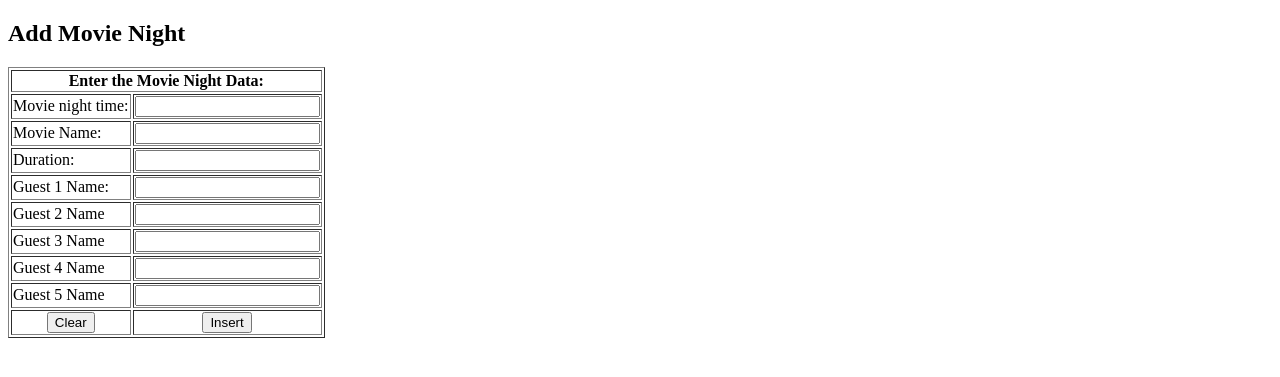
Repository: Harikiran-Madishetti/Patient-Assistance-Network
Page: http://localhost/IP_TASK7/get_teams_form.jsp
An editor plug-in stored every save of this project. The page is shown before and after the next save, followed by the edit.
The browser window is 1280 px wide. The pictures show the whole page.
The page is served by Tomcat 9.

Above is the page before, as saved 2020-11-16 07:47:58.

After the next save:
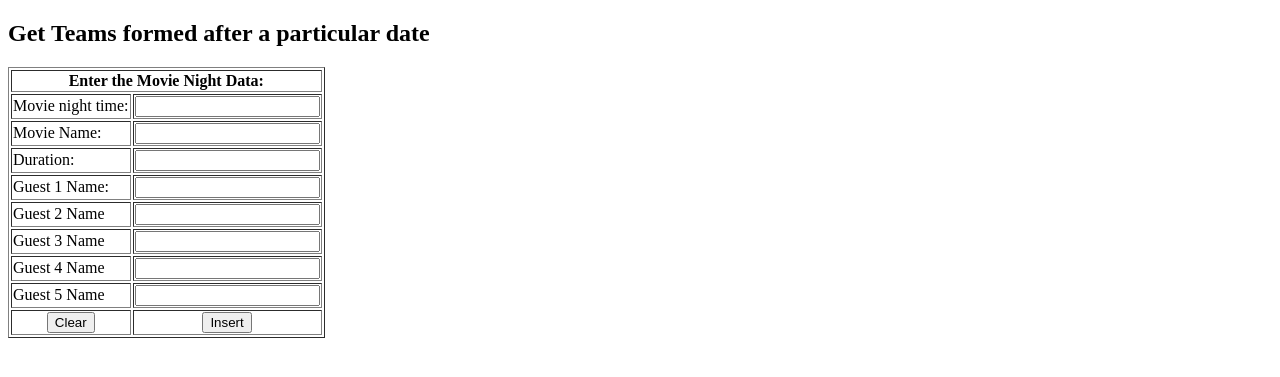
Saved 39 s later.
--- a/JDBC Connector/WEB Application/IP_TASK7/WebContent/get_teams_form.jsp
+++ b/JDBC Connector/WEB Application/IP_TASK7/WebContent/get_teams_form.jsp
@@ -2,10 +2,10 @@
 <html>
     <head>
         <meta charset="UTF-8">
-        <title>Add Movie Night</title>
+        <title>Get Teams</title>
     </head>
     <body>
-        <h2>Add Movie Night</h2>
+        <h2>Get Teams formed after a particular date</h2>
         <!--
             Form for collecting user input for the new movie_night record.
             Upon form submission, add_movie.jsp file will be invoked.
